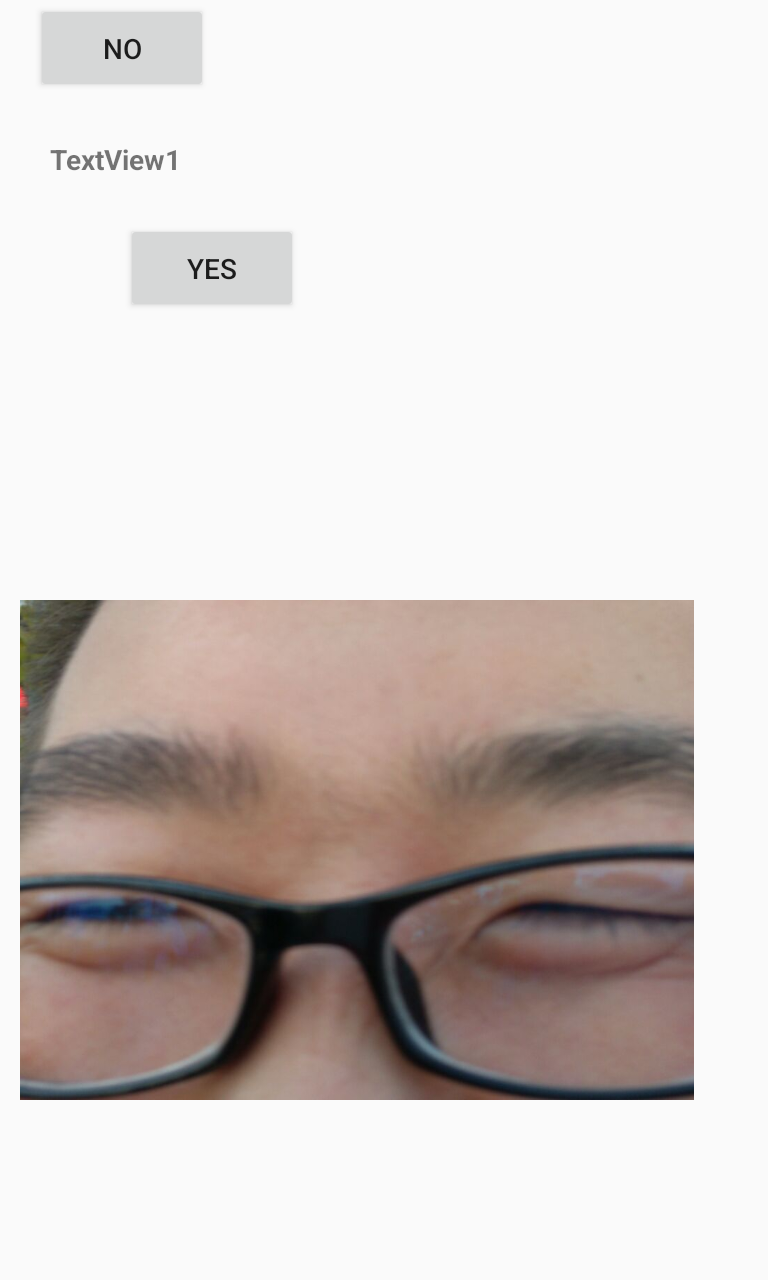
Repository: mjchow/qiuyi
Layout: demo1/res/layout/activity_main.xml
The author's editor kept a copy of each file at every save. The layout is drawn from the files as they stood at one save, then again after the next save.
It is drawn on a 768 x 1280 px phone screen (xhdpi) without system bars, with theme AppTheme; the app's code is not run.

Above is the layout before, as saved 2014-12-25 16:14:10.

### demo1/res/layout/activity_main.xml
<FrameLayout xmlns:android="http://schemas.android.com/apk/res/android"
    xmlns:tools="http://schemas.android.com/tools"
    android:id="@+id/container"
    android:layout_width="match_parent"
    android:layout_height="match_parent"
    tools:context="com.example.demo1.MainActivity"
    tools:ignore="MergeRootFrame" >

    <ImageView
        android:id="@+id/imageview1"
        android:layout_width="480dp"
        android:layout_height="250dp"
        android:layout_marginLeft="10dp"
        android:layout_marginTop="300dp"
        android:scaleType="fitStart"
        android:src="@drawable/ydt1" />

      <TextView
        android:id="@+id/textView1"
        android:layout_width="wrap_content"
        android:layout_height="wrap_content"
        android:layout_marginLeft = "25dp"
        android:layout_marginTop = "70dp"
        android:textStyle="bold"
        android:text="TextView1" />

    <!--  <TextView
        android:id="@+id/textView2"
        android:layout_marginTop="100dp"
        android:layout_width="wrap_content"
        android:layout_height="wrap_content"
        android:text="TextView2" />
        -->
        <Button
        android:id="@+id/button1"
        android:layout_width="wrap_content"
        android:layout_height="wrap_content"
        android:layout_alignParentLeft="true"
        android:layout_below="@+id/textView1"
        android:layout_marginLeft="62dp"
        android:layout_marginTop="110dp"
        android:text="yes" />

    <Button
        android:id="@+id/button2"
        android:layout_width="wrap_content"
        android:layout_height="wrap_content"
        android:layout_below="@+id/textView1"
        android:layout_alignBaseline="@+id/button1"
        android:layout_alignBottom="@+id/button1"
        android:layout_marginLeft="17dp"
        android:text="no" />

</FrameLayout>

Loaded but not shown: demo1/res/values/styles.xml (common file); demo1/res/values-v11/styles.xml (common file); demo1/res/values-v14/styles.xml (common file)

After the next save:
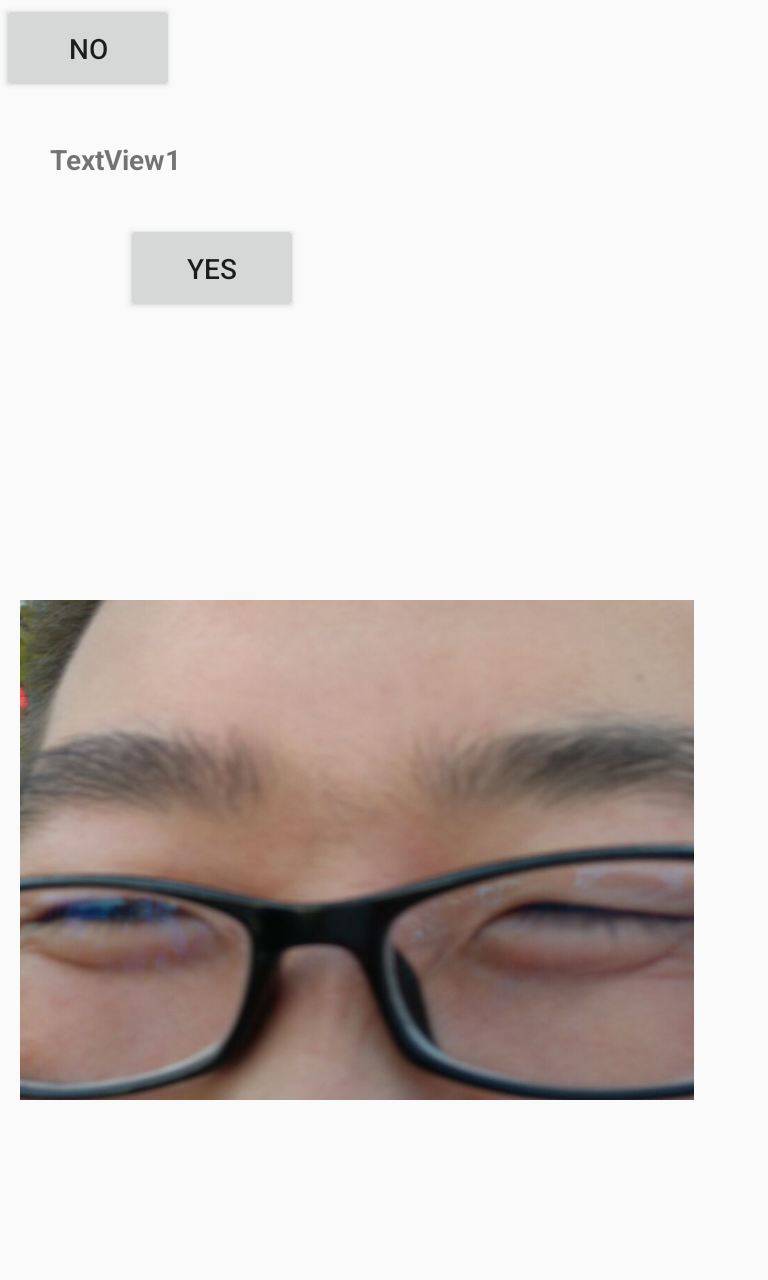
Saved 21 s later.
--- a/demo1/res/layout/activity_main.xml
+++ b/demo1/res/layout/activity_main.xml
@@ -48,7 +48,6 @@
         android:layout_below="@+id/textView1"
         android:layout_alignBaseline="@+id/button1"
         android:layout_alignBottom="@+id/button1"
-        android:layout_marginLeft="17dp"
         android:text="no" />
 
 </FrameLayout>
